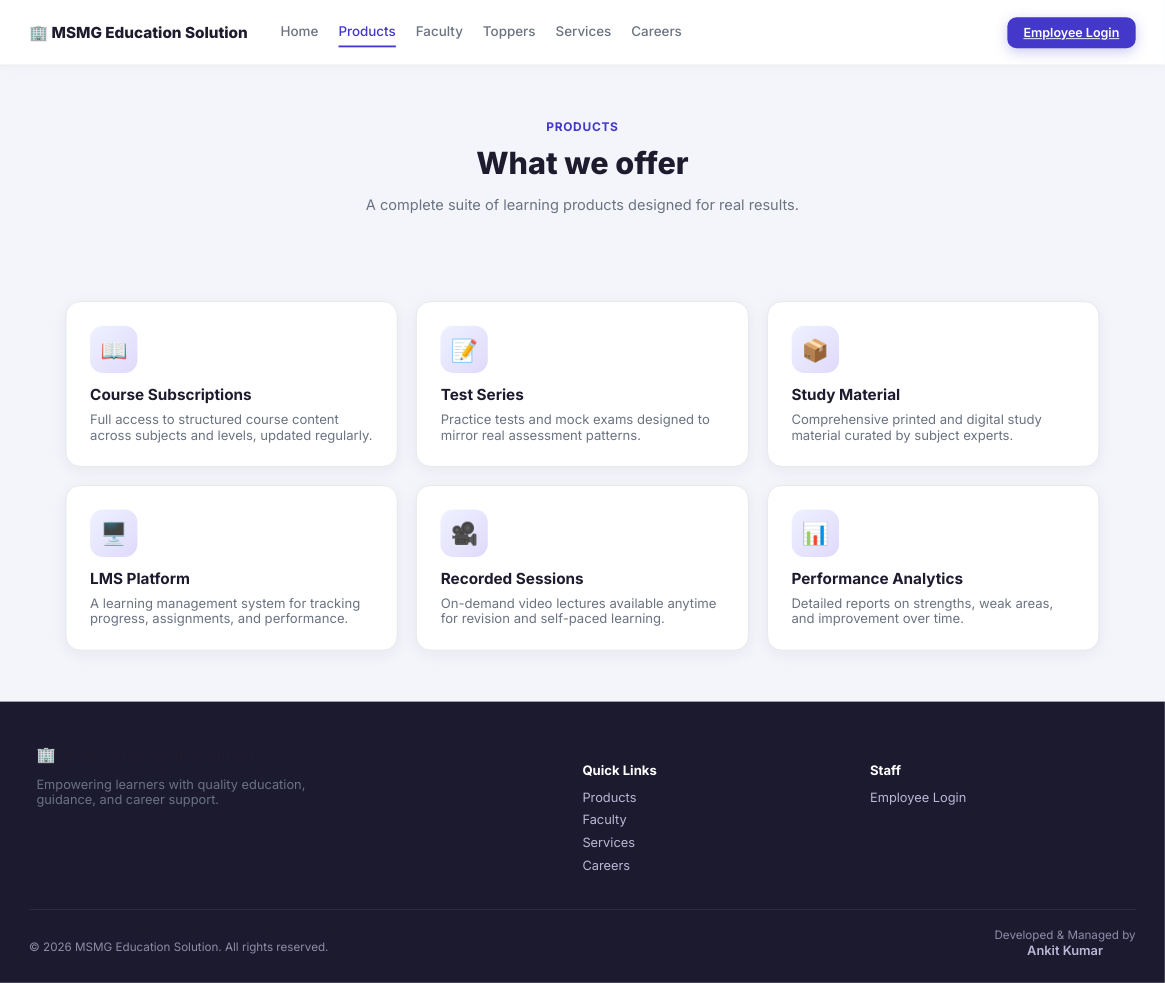
Repository: Kumarankit666/HRMS
Page: /products (app in frontend/)
The author's editor kept a copy of each file at every save. The page is drawn from the files as they stood at one save, then again after the next save.
The browser window is 1280 px wide. The pictures show the whole page, at 91% of full size.
The project was rebuilt for these pictures with package versions that can differ from the ones it lists, and the page was loaded fresh each time. Also part of the build but not shown: frontend/vite.config.js, frontend/src/components/ProtectedRoute.jsx, frontend/src/components/NotificationBell.jsx, frontend/src/components/AppLayout.jsx, frontend/src/pages/public/Home.jsx, frontend/src/pages/public/Faculty.jsx, frontend/src/pages/public/Services.jsx, frontend/src/pages/public/Careers.jsx and 21 more.

Above is the page before, as saved 2026-07-26 04:49:08.

After the next save:
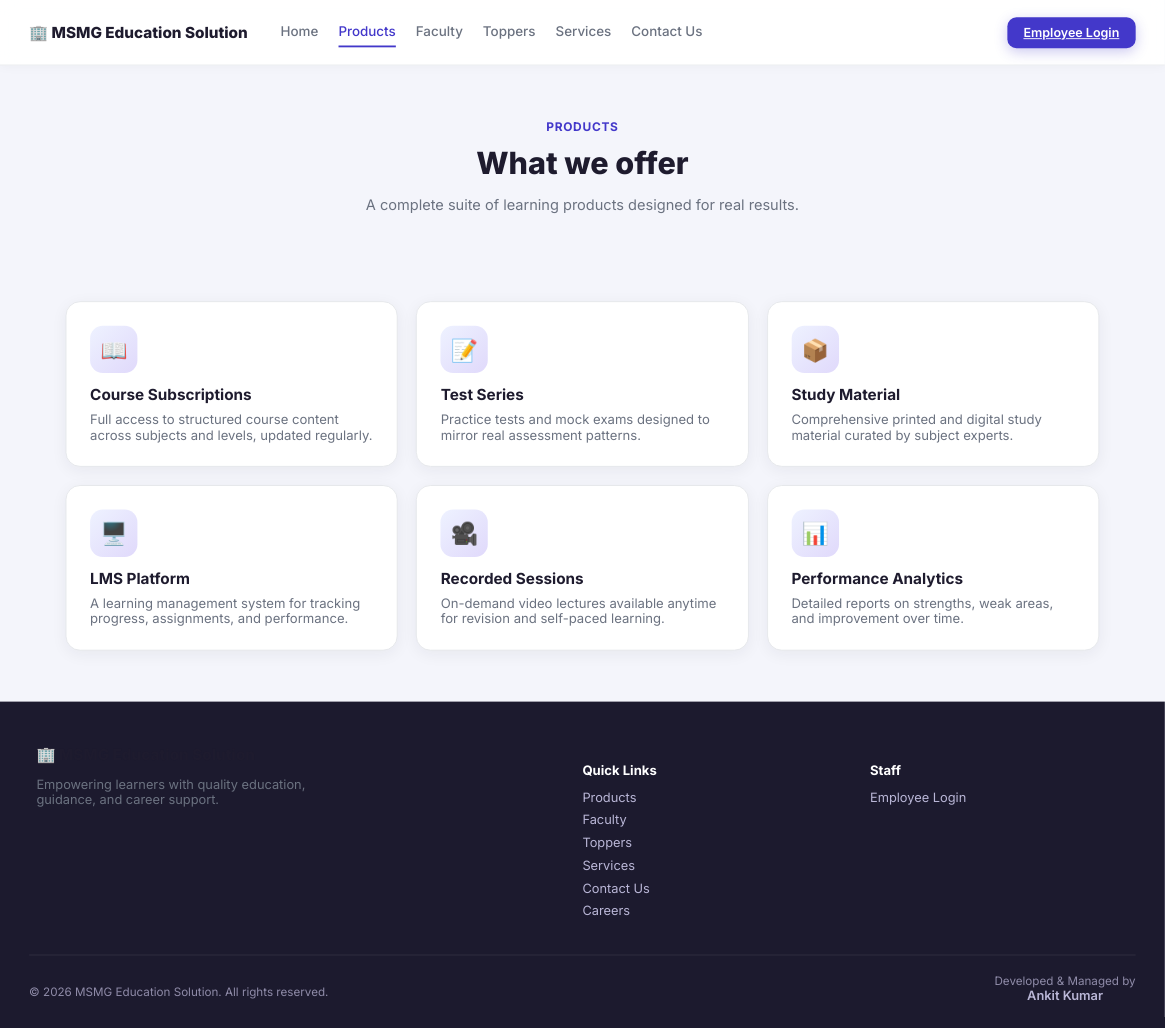
Saved 90 s later.
--- a/frontend/src/components/PublicLayout.jsx
+++ b/frontend/src/components/PublicLayout.jsx
@@ -16,7 +16,7 @@ export default function PublicLayout() {
           <NavLink to="/faculty" className={linkClass}>Faculty</NavLink>
           <NavLink to="/toppers" className={linkClass}>Toppers</NavLink>
           <NavLink to="/services" className={linkClass}>Services</NavLink>
-          <NavLink to="/careers" className={linkClass}>Careers</NavLink>
+          <NavLink to="/contact" className={linkClass}>Contact Us</NavLink>
         </nav>
 
         <div className="pub-header-right">
@@ -41,7 +41,9 @@ export default function PublicLayout() {
             <h4>Quick Links</h4>
             <Link to="/products">Products</Link>
             <Link to="/faculty">Faculty</Link>
+            <Link to="/toppers">Toppers</Link>
             <Link to="/services">Services</Link>
+            <Link to="/contact">Contact Us</Link>
             <Link to="/careers">Careers</Link>
           </div>
           <div>
